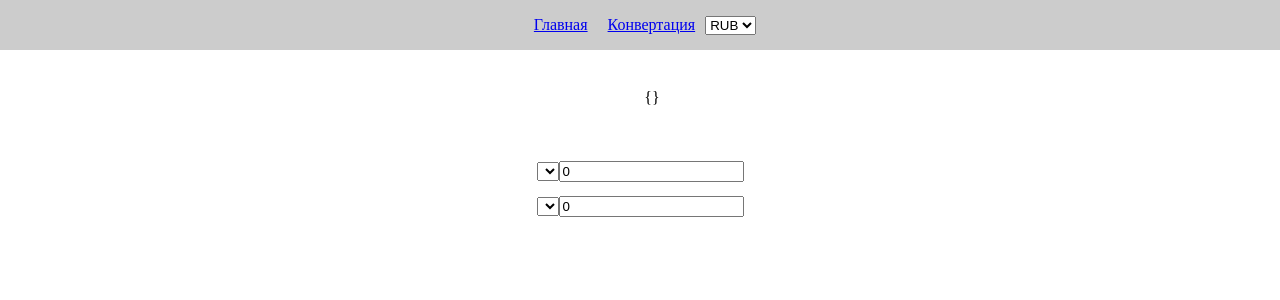
Repository: Friend689/vite-vue-currency-conversion
Page: /convert
These files come from the project's save history. The page is drawn as it stood at one moment and after the next save; the edit follows.
The browser window is 1280 px wide. The pictures show the whole page.
The page's requests for data from a server got no answer. The project was rebuilt for these pictures with package versions that can differ from the ones it lists, and the page was loaded fresh each time. No one was signed in, and anything a server would have sent is missing. Also part of the build but not shown: vite.config.js, src/views/Main.vue.

Above is the page before, as saved 2024-09-03 21:03:28.

### src/main.js
import { createApp } from 'vue'
import './style.css'
import App from './App.vue';
import router from './router';

createApp(App).use(router).mount('#app')

### src/style.css
* {
	box-sizing: border-box;
}

html, body, div, span, applet, object, iframe,
h1, h2, h3, h4, h5, h6, p, blockquote, pre,
a, abbr, acronym, address, big, cite, code,
del, dfn, em, img, ins, kbd, q, s, samp,
small, strike, strong, sub, sup, tt, var,
b, u, i, center,
dl, dt, dd, ol, ul, li,
fieldset, form, label, legend,
table, caption, tbody, tfoot, thead, tr, th, td,
article, aside, canvas, details, embed,
figure, figcaption, footer, header, hgroup,
menu, nav, output, ruby, section, summary,
time, mark, audio, video {
	margin: 0;
	padding: 0;
	border: 0;
	font-size: 100%;
	font: inherit;
	vertical-align: baseline;
}

html, body, #app {
	height: 100vh;
	width: 100vw;
}
/* HTML5 display-role reset for older browsers */
article, aside, details, figcaption, figure,
footer, header, hgroup, menu, nav, section {
	display: block;
}
body {
	line-height: 1;
}
ol, ul {
	list-style: none;
}
blockquote, q {
	quotes: none;
}
blockquote:before, blockquote:after,
q:before, q:after {
	content: '';
	content: none;
}
table {
	border-collapse: collapse;
	border-spacing: 0;
}

main {
	width: 100%;
  height: 100%;
}

.h-100 {
	height: 100%;
}

### src/App.vue
<script setup>
import { ref, onMounted } from "vue";
import Header from "@/components/ui/Header.vue";

const rates = ref({});
const currencies = ref(['usd', 'eur', 'rub']);
const selectedCurrency = ref('rub');

const changeCurrency = (currency) => {
  selectedCurrency.value = currency;
  getCurrencies();
};

const getCurrencies = () => {
  fetch("https://status.neuralgeneration.com/api/currency")
    .then(response => response.json())
    .then(data => rates.value = data);
}

onMounted(() => {
  getCurrencies();
})
</script>

<template>
  <div class="main-wrap">
    <Header @change-currency="changeCurrency" />
    <main>
      <router-view :rates="rates" :currencies="currencies" :selected="selectedCurrency" />
    </main>
  </div>
</template>

<style scoped>
.main-wrap {
  /* height: 100%; */
  display: flex;
  flex-direction: column;
}

main {
  flex-grow: 1;
}
</style>

### src/router/index.js
import { createRouter, createWebHistory } from 'vue-router'

import Main from '@/views/Main.vue';
import Convert from '@/views/Convert.vue';


const routes = [
  { path: '/', component: Main },
  { path: '/convert', component: Convert },
]

export default createRouter({
  history: createWebHistory(),
  routes,
})

### src/components/ui/Header.vue
<script setup>
import { ref } from "vue";

const currencies = ref(["usd", "eur", "rub"]);
const selectedCurrency = ref("rub");

const emit = defineEmits(["change-currency"])

const changeCurrency = () => {
  emit("change-currency", selectedCurrency.value)
}

</script>

<template>
  <header>
    <router-link to="/">Главная</router-link>
    <router-link to="/convert">Конвертация</router-link>
    <select v-model="selectedCurrency" @change="changeCurrency">
      <option v-for="currency in currencies" :key="currency" :value="currency">{{ currency.toUpperCase() }}</option>
    </select>
  </header>
</template>

<style scoped>
header {
  height: 50px;
  background-color: #ccc;
  display: flex;
  align-items: center;
  justify-content: center;
  padding: 0 10px;
}
header a {
  margin: 0 10px;
}
</style>

### src/views/Convert.vue
<script setup>
import { ref, watch } from "vue";

const props = defineProps([
  "selected",
  "currencies",
  "rates"
]);

watch(() => props.rates, (first, second) => {
  collectCurrencies();
  convert();
});

const arrCurrencies = ref({});
const fromCurrency = ref('rub');
const toCurrency = ref('usd');
const fromValue = ref(0);
const toValue = ref(0);
const error = ref('');


const collectCurrencies = () => {
  const uniqueCurrencies = new Set();
  for (const key in props.rates) {
    const [from, to] = key.split('-');
    uniqueCurrencies.add(from);
    uniqueCurrencies.add(to);
  }
  console.log(uniqueCurrencies)
  return uniqueCurrencies;
  // let arrRa = {}
  // for (const pair in props.rates) {
  //   const [from, to] = pair.split('-')
  //   if (!arrRa[from]) {
  //     arrRa[from] = {}
  //   }
  //   arrRa[from][to] = props.rates[pair]
  // }
  // // Добавляем RUB в список валют
  // if (!arrRa['RUB']) {
  //   arrRa['RUB'] = { RUB: 1 }
  // }
  // // Создаем отдельный список валют для конвертации
  // arrCurrencies.value = Object.keys(arrRa)
}

const convert = (inputType) => {
  if (isNaN(fromValue.value) && isNaN(toValue.value)) {
    error.value = "Пожалуйста, введите числовое значение"
    return
  }
  const fromRate = props.rates[fromCurrency.value]
  const toRate = props.rates[toCurrency.value]
  if (inputType === 'from') {
    if (fromValue.value && !isNaN(fromValue.value)) {
      if (fromCurrency.value === "rub") {
        toValue.value = fromValue.value * toRate
      } else if (toCurrency.value === "rub") {
        toValue.value = fromValue.value / fromRate
      } else {
        toValue.value = fromValue.value * fromRate / toRate
      }
    }
  } else if (inputType === 'to') {
    if (toValue.value && !isNaN(toValue.value)) {
      if (fromCurrency.value === "rub") {
        fromValue.value = toValue.value / toRate
      } else if (toCurrency.value === "rub") {
        fromValue.value = toValue.value * fromRate
      } else {
        fromValue.value = toValue.value * toRate / fromRate
      }
    }
  }
  if (fromValue.value) {
    fromValue.value = Number(fromValue.value.toFixed(2))
  }
  if (toValue.value) {
    toValue.value = Number(toValue.value.toFixed(2))
  }
  error.value = ""
}
</script>

<template>
  <div class="page-convert">
    <pre>
      {{ rates }}
    </pre>
    <pre>
      {{ convertibleCurrencies }}
    </pre>
    <form>
      <div>
        <select v-model="fromCurrency">
          <option v-for="currency in collectCurrencies" :key="currency" :value="currency">{{ currency.toUpperCase() }}</option>
        </select>
        <input type="number" v-model.number="fromValue" @input="convert('from')" />
      </div>
      <div>
        <select v-model="toCurrency">
          <option v-for="currency in collectCurrencies" :key="currency" :value="currency">{{ currency.toUpperCase() }}</option>
        </select>
        <input type="number" v-model.number="toValue" @input="convert('to')" />
      </div>
    </form>
    <p v-if="error">{{ error }}</p>
  </div>
</template>

<style scoped>
.page-convert {
  padding-top: 40px;
  text-align: center;
}

form {
  display: flex;
  flex-direction: column;
  align-items: center;
}

form div {
  margin: 7px;
}
</style>

Loaded but not shown: index.html (common file)

After the next save:
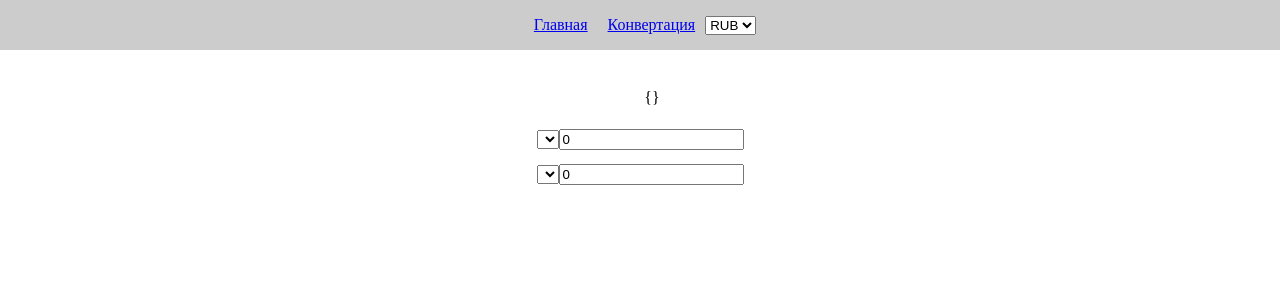
Saved 12 s later.
--- a/src/views/Convert.vue
+++ b/src/views/Convert.vue
@@ -88,9 +88,6 @@ const convert = (inputType) => {
     <pre>
       {{ rates }}
     </pre>
-    <pre>
-      {{ convertibleCurrencies }}
-    </pre>
     <form>
       <div>
         <select v-model="fromCurrency">
